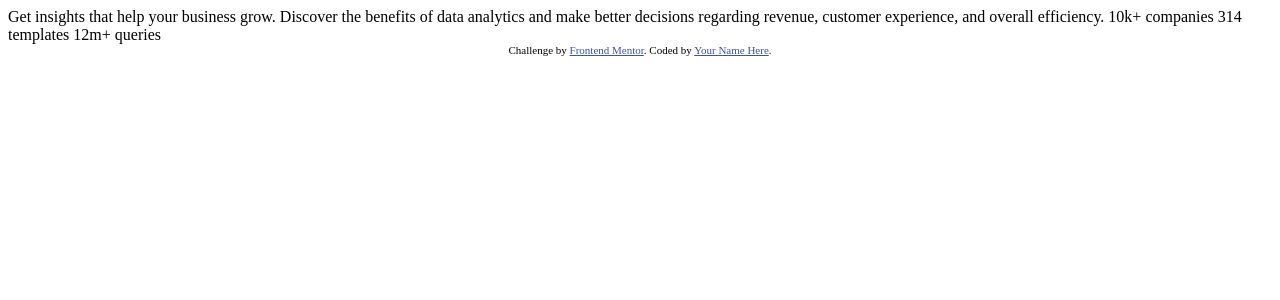
Repository: CaseySpurlock/stats-prewiew-component
Page: index.html
An editor plug-in stored every save of this project. The page is shown before and after the next save, followed by the edit.
The browser window is 1280 px wide. The pictures show the whole page.

Above is the page before, as saved 2021-06-20 23:34:25.

### index.html
<!DOCTYPE html>
<html lang="en">
<head>
  <meta charset="UTF-8">
  <meta name="viewport" content="width=device-width, initial-scale=1.0"> <!-- displays site properly based on user's device -->

  <link rel="icon" type="image/png" sizes="32x32" href="./images/favicon-32x32.png">

  <title>Frontend Mentor | Stats preview card component</title>

  <link rel="stylesheet" href="css/styles.css">

</head>
<body>

  Get insights that help your business grow.

  Discover the benefits of data analytics and make better decisions regarding revenue, customer
  experience, and overall efficiency.

  10k+ companies
  314 templates
  12m+ queries

  <div class="attribution">
    Challenge by <a href="https://www.frontendmentor.io?ref=challenge" target="_blank">Frontend Mentor</a>.
    Coded by <a href="#">Your Name Here</a>.
  </div>
</body>
</html>

### css/styles.css
.attribution {
    font-size: 11px;
    text-align: center;
}
.attribution a {
    color: hsl(228, 45%, 44%);
}

After the next save:
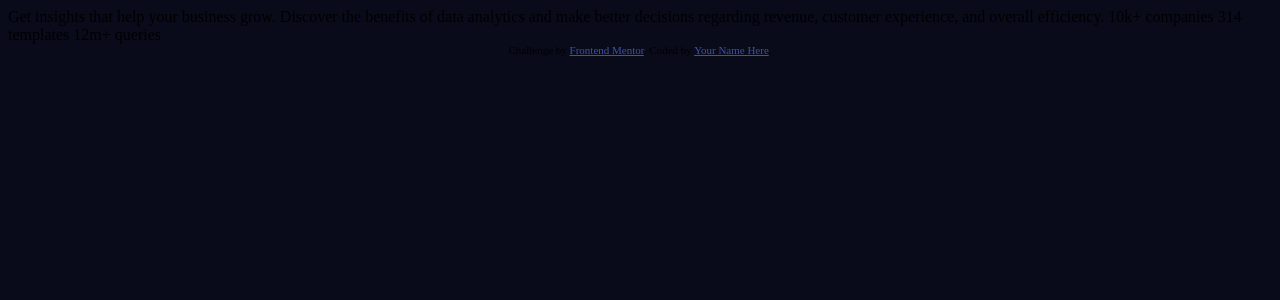
Saved 63 s later.
--- a/css/styles.css
+++ b/css/styles.css
@@ -1,3 +1,7 @@
+body {
+    background: hsl(233, 47%, 7%);
+}
+
 .attribution {
     font-size: 11px;
     text-align: center;
